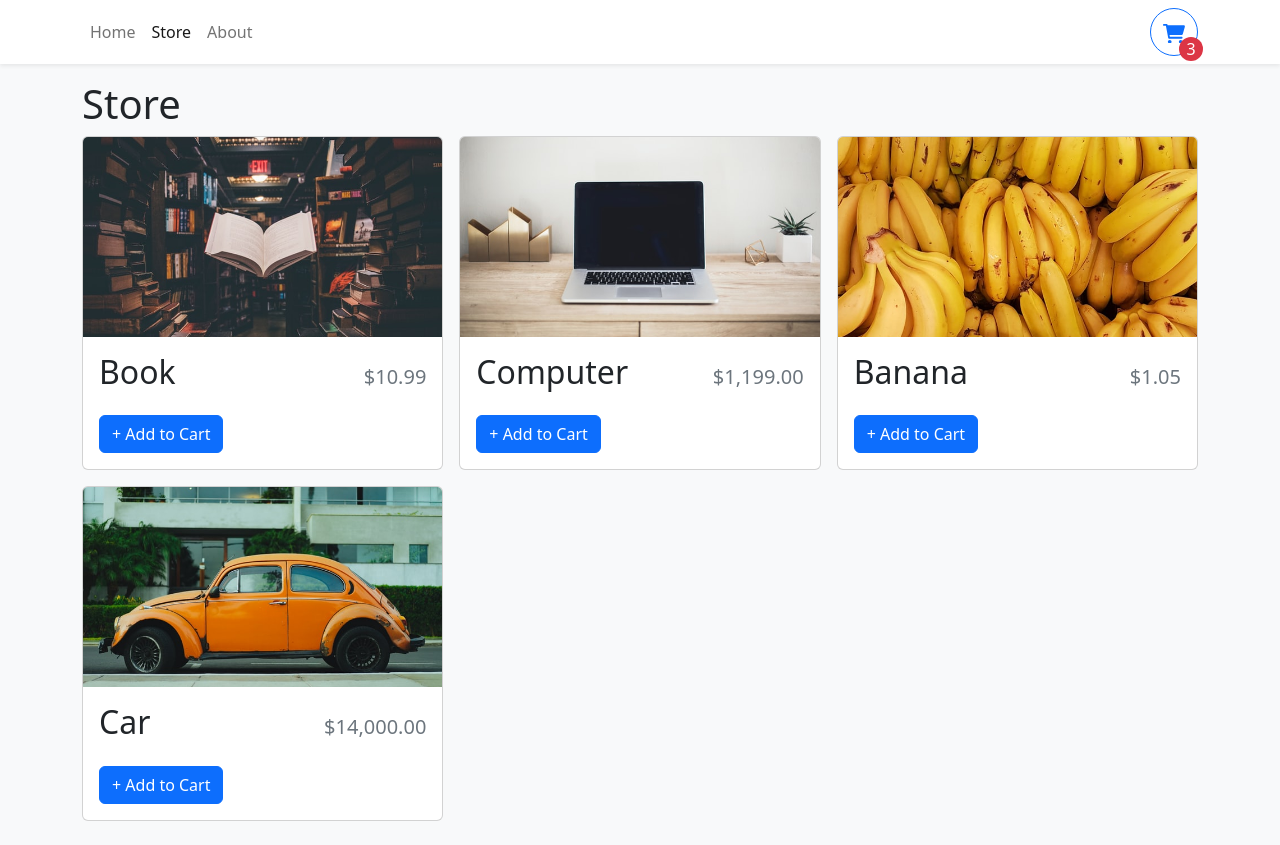
Repository: MoNasr2022/shopping-cart
Page: /store
The author's editor kept a copy of each file at every save. The page is drawn from the files as they stood at one save, then again after a run of saves.
The browser window is 1280 px wide. The pictures show the whole page.
The project was rebuilt for these pictures with package versions that can differ from the ones it lists, and the page was loaded fresh each time. Also part of the build but not shown: vite.config.ts, src/pages/Home.tsx, src/pages/About.tsx.

Above is the page before, as saved 2023-04-17 22:48:20.

After the next 3 saves:
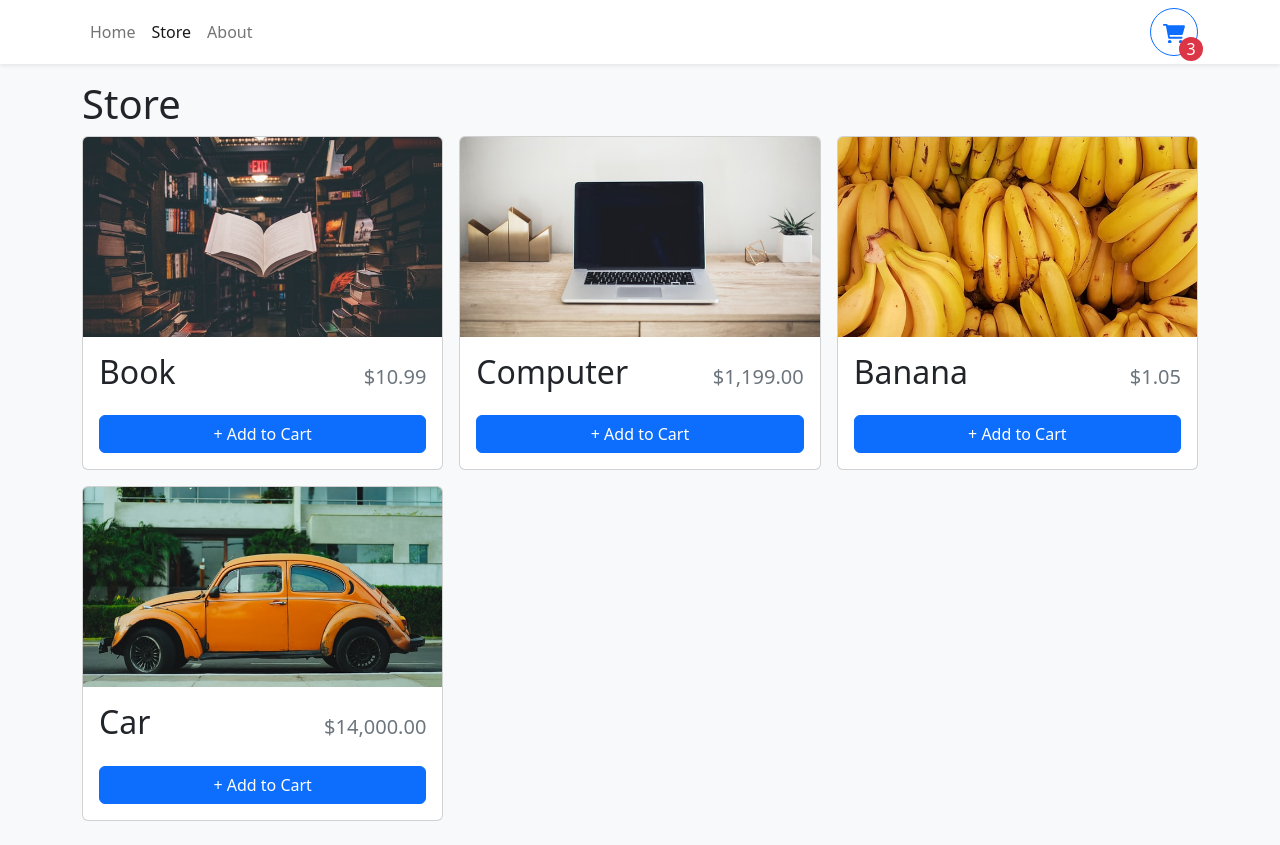
The 3 saves are shown as one change because they came seconds apart.
The last was saved 26 s later.
--- a/src/components/StoreItems.tsx
+++ b/src/components/StoreItems.tsx
@@ -25,7 +25,7 @@ function StoreItems({ id, name, price, imgUrl }: StoreItemsProps) {
         </Card.Title>
         <div className="mt-auto">
           {quantity === 0 ? (
-            <Button className="btn btn-primary">+ Add to Cart</Button>
+            <Button className="btn btn-primary w-100">+ Add to Cart</Button>
         ) : null}
         </div>
       </Card.Body>
